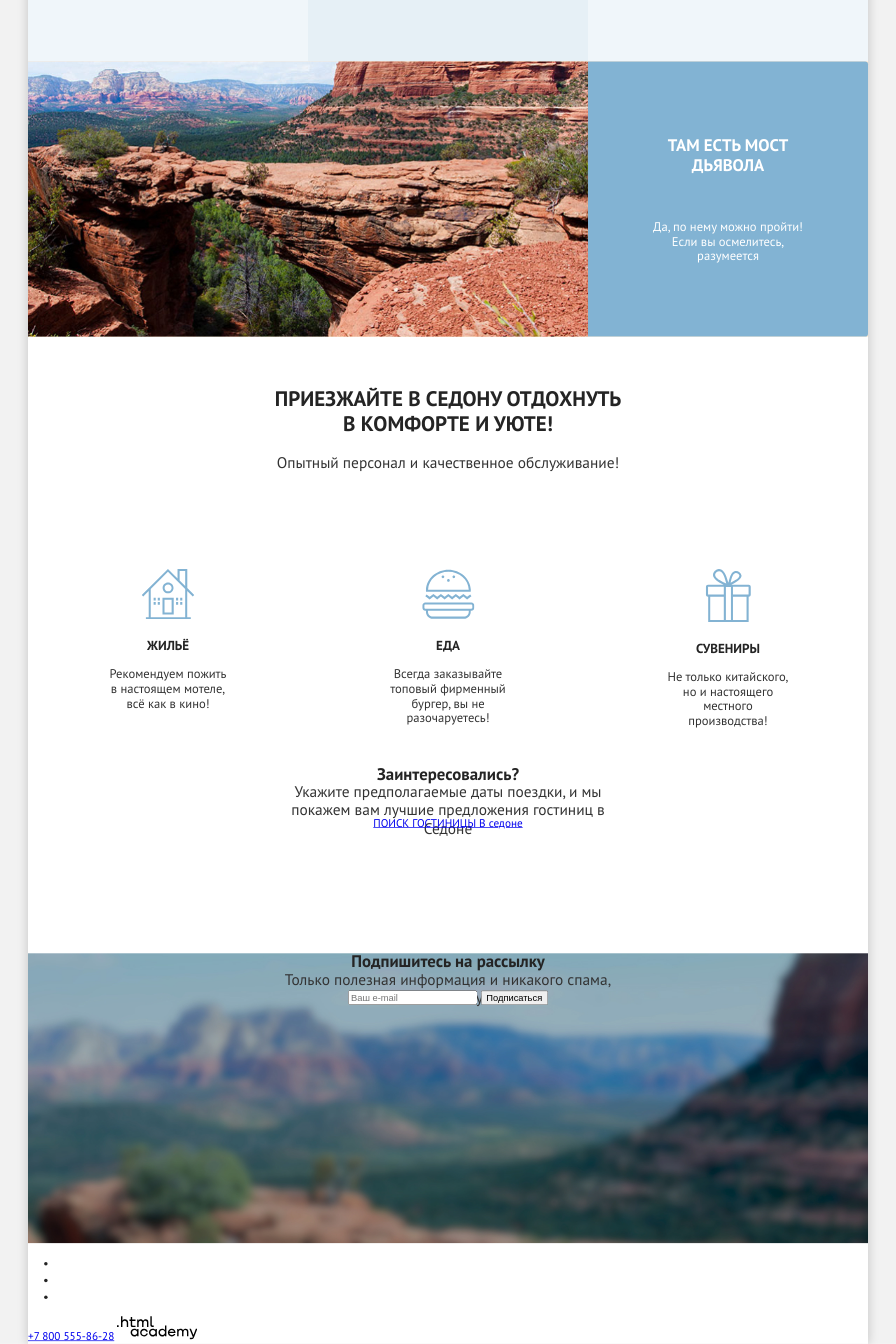
Repository: zakhgagne/2512253-sedona-1
Page: index.html
These files come from the project's save history. The page is drawn as it stood at one moment and after the next save; the edit follows.
The browser window is 1280 px wide. The pictures show the part of the page from y = 1507 to 3427 px (the page is 3427 px tall), at 70% of full size.

Above is the page before, as saved 2024-05-11 18:17:03.

After the next save:
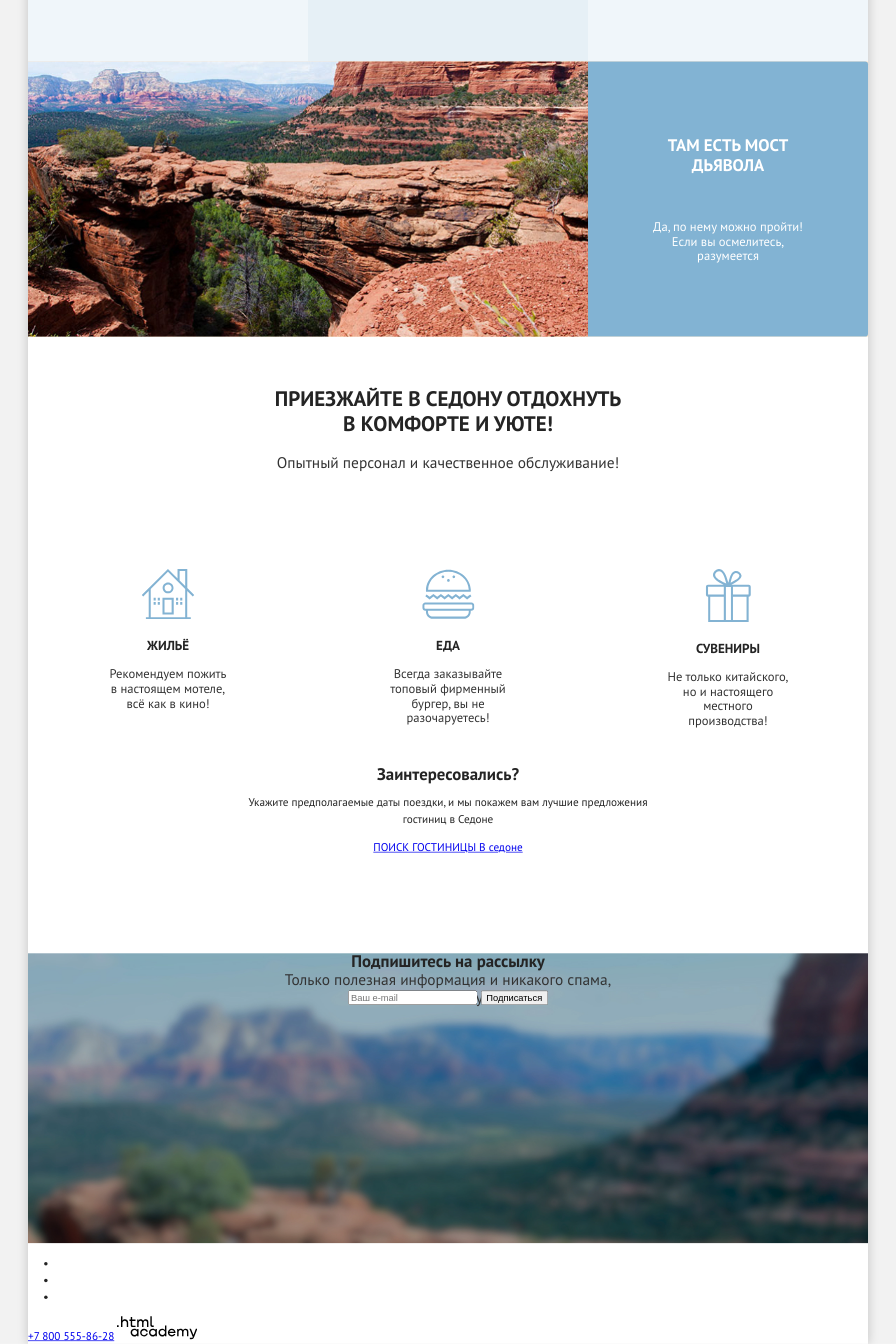
Saved 3 min 22 s later.
--- a/styles/styles.css
+++ b/styles/styles.css
@@ -286,19 +286,7 @@ body {
 text-transform: uppercase;
 }
 
-
-.simple-text2 {
-
-  padding: 0;
-  margin: 0 auto;
-  width: 490px;
-  height: 45px;
-
-  /* Texts/Text basic */
-  font-weight: 400;
-  font-size: 22px;
-  line-height: 26px;
-  /* identical to box height, or 118% */
-  /* Texts/second */
-  color: #333333;
-}
+.button-search-motel{
+  margin: 0 auto 0;
+  padding: 0;
+}
